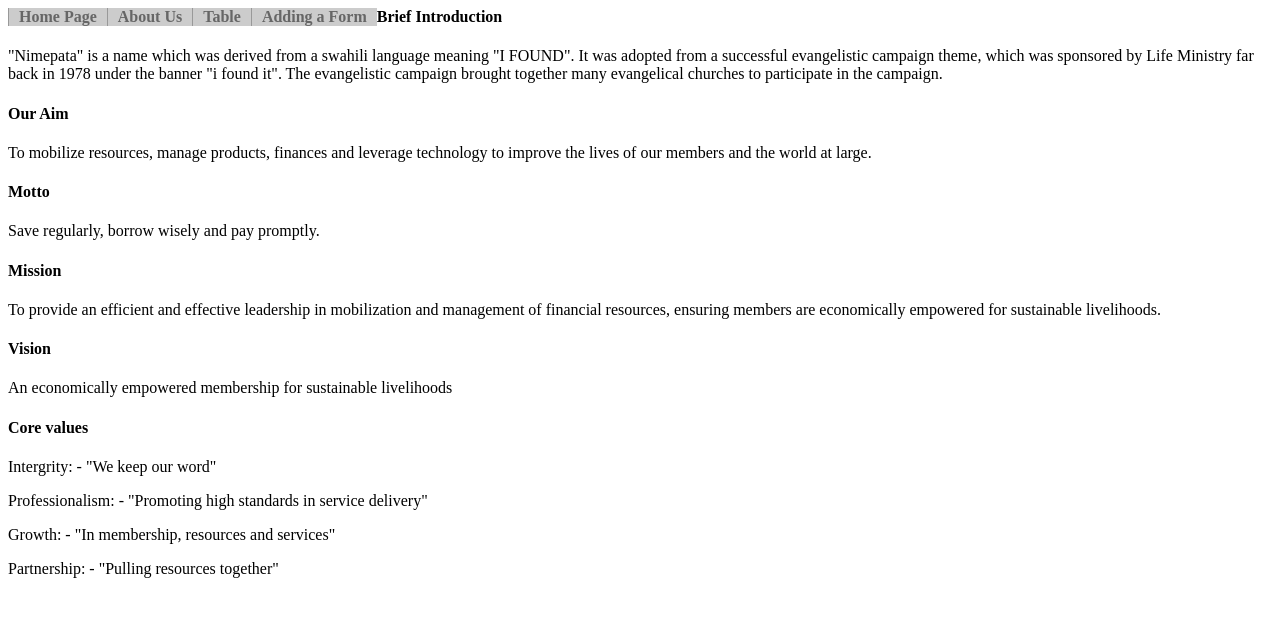
Repository: nellyk/Thephpsite
Page: http://localhost/
The author's editor kept a record of every edit. The page is drawn from the files as they stood at one moment, then again after the next edit.
The browser window is 1280 px wide. The pictures show the whole page.
The page is run by PHP 8.4 with error messages shown; the project is at /var/www/html/.

Above is the page before.

After the next edit:
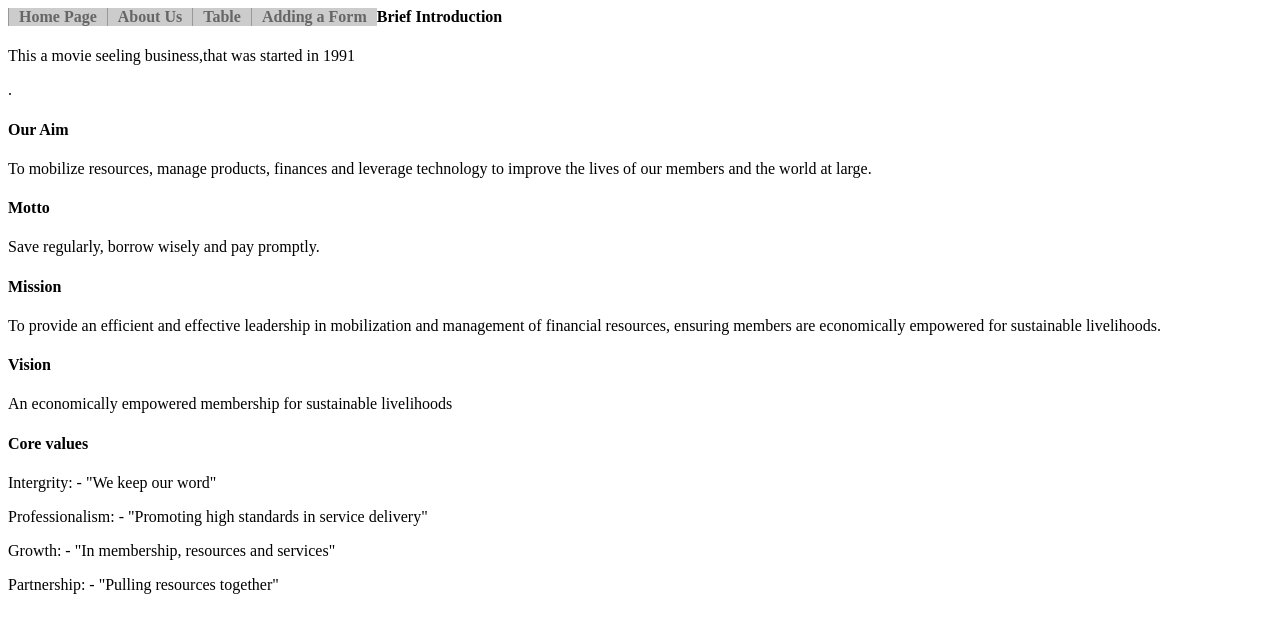
The edit:
--- a/index.php
+++ b/index.php
@@ -13,7 +13,7 @@
     </ul>
 </div>
 <h4>Brief Introduction</h4>
-<p>&quot;Nimepata&quot; is a name which was derived from a swahili language meaning &quot;I FOUND&quot;. It was adopted from a successful evangelistic campaign theme, which was sponsored by Life Ministry far back in 1978 under the banner &quot;i found it&quot;. The evangelistic campaign brought together many evangelical churches to participate in the campaign.</p>
+<p>This a movie seeling business,that was started in 1991</p>.</p>
 <h4>Our Aim</h4>
 <p>To mobilize resources, manage products, finances and leverage technology to improve the lives of our members and the world at large.</p>
 <h4>Motto</h4>
